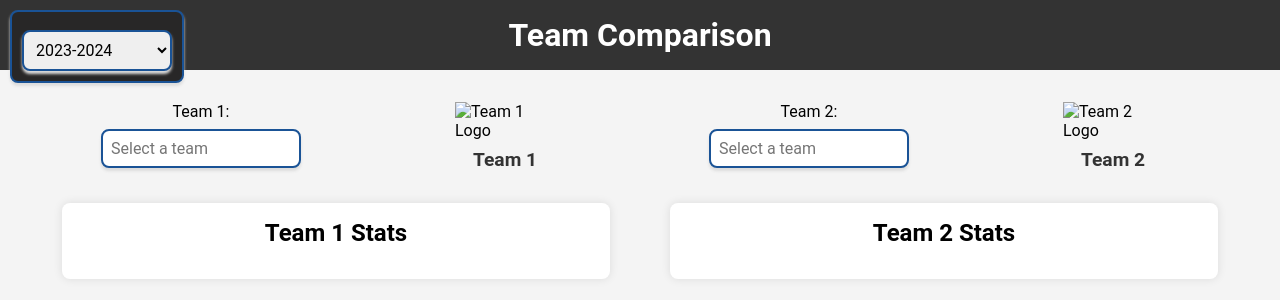
Repository: Enzo-py/dataviz-project-m1
Page: team_comparison.html
An editor plug-in stored every save of this project. The page is shown before and after the next save, followed by the edit.
The browser window is 1280 px wide. The pictures show the whole page.
Some web fonts or font styles are not loaded; a fallback is used.

Above is the page before, as saved 2024-12-17 09:20:29.

After the next save:
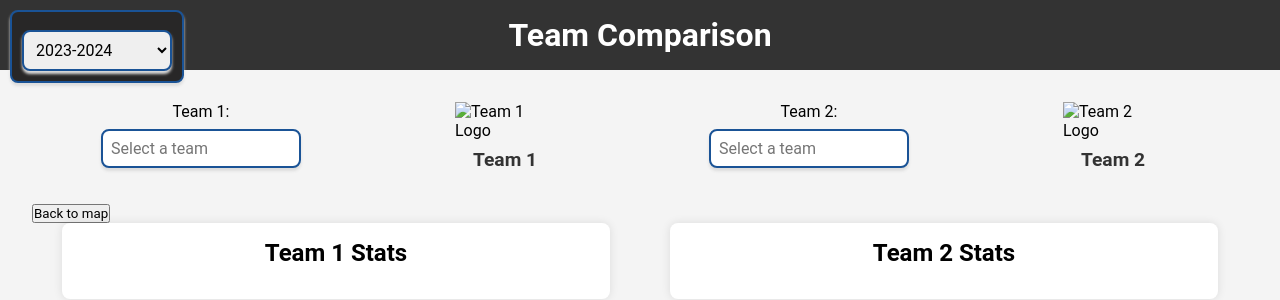
Saved 44 s later.
--- a/team_comparison.html
+++ b/team_comparison.html
@@ -50,7 +50,8 @@
                 <!-- Options will be populated dynamically -->
             </datalist>
         </div>
-
+        <button id="back-to-map" onclick="window.location.href='index.html'">Back to map</button>
+    </div>
         <section class="comparison-results">
             <div class="team-stats" id="team1-stats">
                 <h2>Team 1 Stats</h2>
